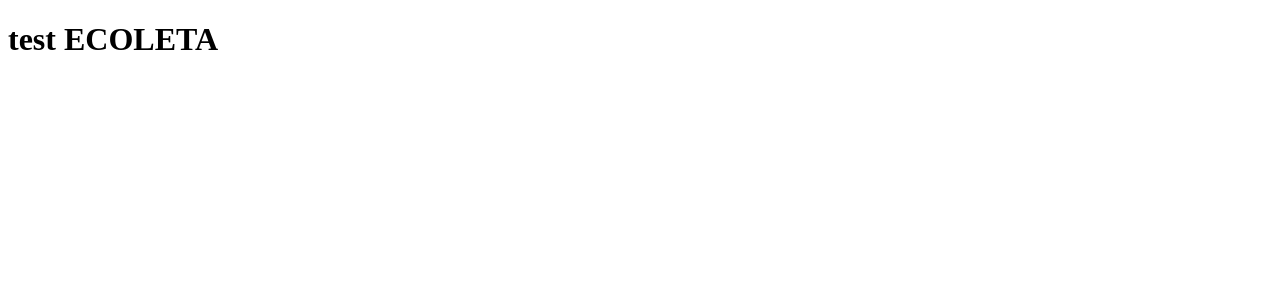
Repository: DavidSamerson/NLW_treinamento_2020
Page: / (app in webapp/)
An editor plug-in stored every save of this project. The page is shown before and after the next save, followed by the edit.
The browser window is 1280 px wide. The pictures show the whole page.
The project was rebuilt for these pictures with package versions that can differ from the ones it lists, and the page was loaded fresh each time. Also part of the build but not shown: webapp/src/App.css.

Above is the page before, as saved 2020-06-12 20:47:51.

### webapp/src/App.tsx
import React from 'react';
import './App.css';
import Header from './header';

//JSX -> sintaxe de xml dentro do javascript

function App() {
  return (
    <div>
        <Header title="test"/>
    </div>
  );
}

export default App;

### webapp/src/header.tsx
import React from 'react';

interface HeaderProps {
    title: String;
}


const Header : React.FC<HeaderProps> = (props) => {
    return (
        <div>
            <h1>{props.title} ECOLETA</h1>
        </div>
    );
}



export default Header;

Loaded but not shown: webapp/public/index.html (common file); webapp/src/index.tsx (common file)

After the next save:
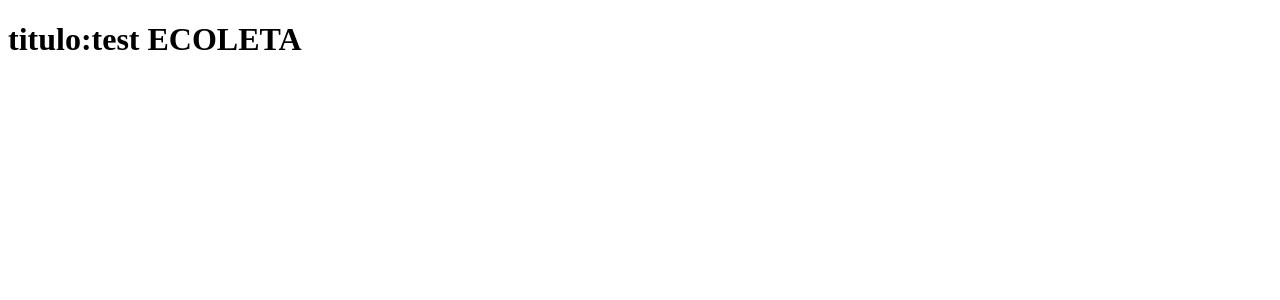
Saved 6 s later.
--- a/webapp/src/header.tsx
+++ b/webapp/src/header.tsx
@@ -8,7 +8,7 @@ interface HeaderProps {
 const Header : React.FC<HeaderProps> = (props) => {
     return (
         <div>
-            <h1>{props.title} ECOLETA</h1>
+            <h1>titulo:{props.title} ECOLETA</h1>
         </div>
     );
 }
